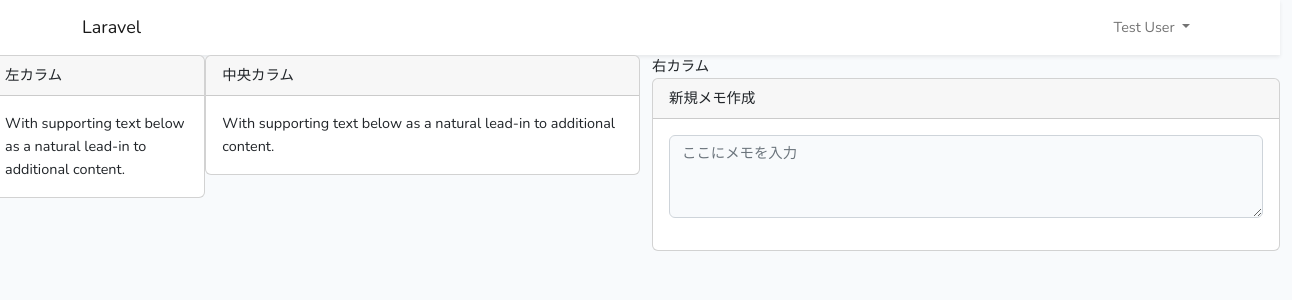
Repository: OkunoTaichi/laravel-simple-memo
Page: http://localhost/home
The author's editor kept a copy of each file at every save. The page is drawn from the files as they stood at one save, then again after the next save.
The browser window is 1280 px wide. The page is 1292 px wide, so the pictures cover 1292 px, including what lies to the right of the window. The pictures show the whole page.
The page is served by the project's Laravel application, run on PHP 8.4 with Laravel 8. A made-up administrator, Test User (test@example.com), is signed in. Queries for data that is not in the repository find no rows.

Above is the page before, as saved 2022-11-09 19:11:31.

After the next save:
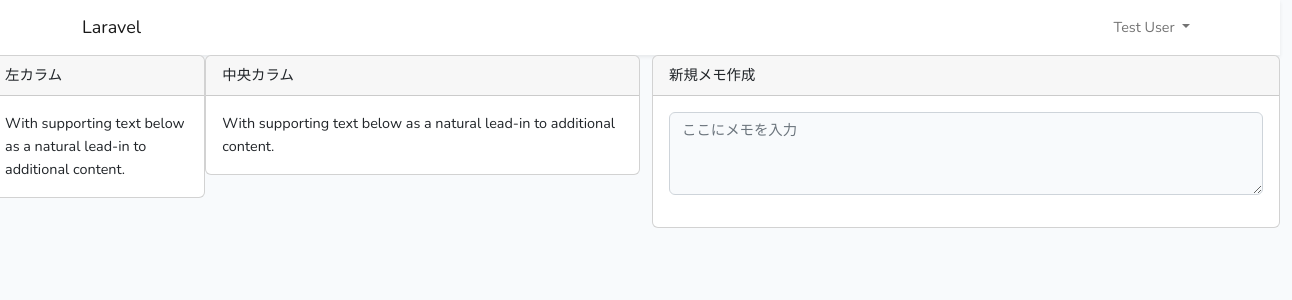
Saved 48 s later.
--- a/resources/views/layouts/app.blade.php
+++ b/resources/views/layouts/app.blade.php
@@ -95,7 +95,6 @@
                     </div>
                 </div>
                 <div class="col-md-6">
-                    右カラム
                     @yield('content')
                 </div>
             </div>

After the 2 saves that followed:
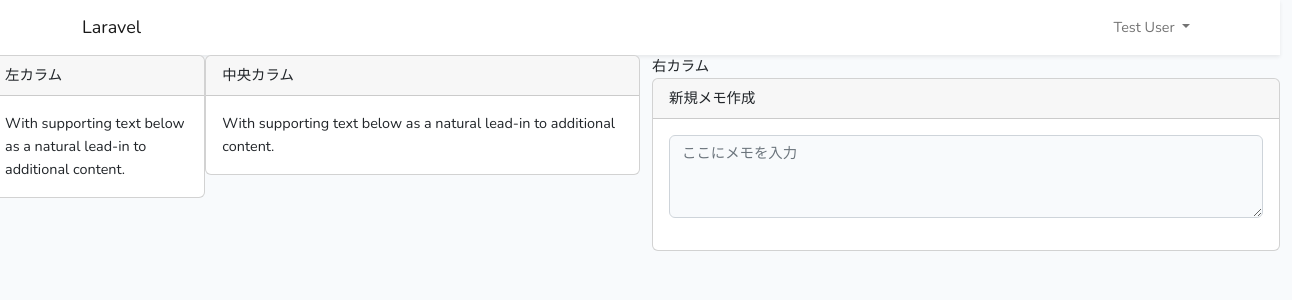
The 2 saves are shown as one change because they came seconds apart.
The last was saved 19 s later.
--- a/resources/views/layouts/app.blade.php
+++ b/resources/views/layouts/app.blade.php
@@ -95,6 +95,7 @@
                     </div>
                 </div>
                 <div class="col-md-6">
+                    右カラム
                     @yield('content')
                 </div>
             </div>
